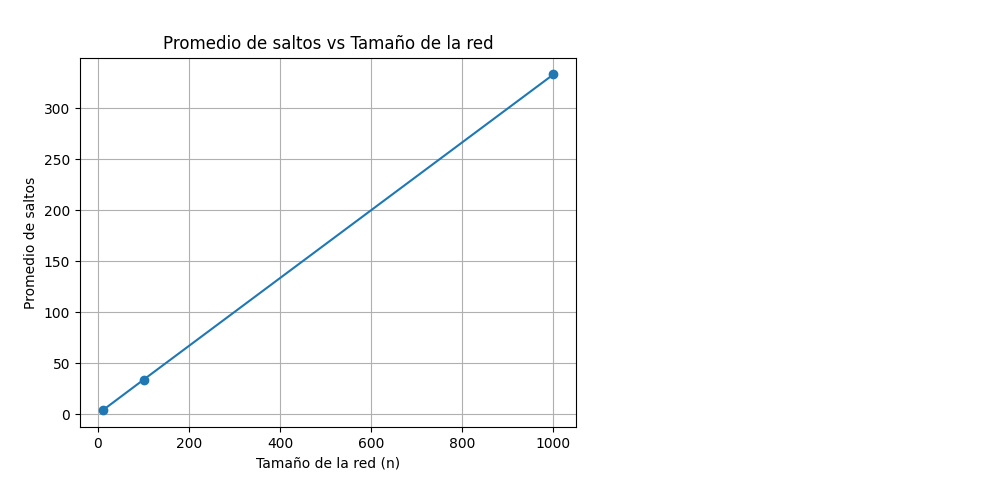
Repository: Carpinteron/TallerrRedes
Script's output: python SimulacionTaller.py
The author's editor kept a copy of each file at every save. The script's output is drawn from the files as they stood at one save, then again after a run of saves.
Random numbers start from a fixed seed.

Above is the script's output before, as saved 2025-02-11 08:25:38.

After the next 7 saves:
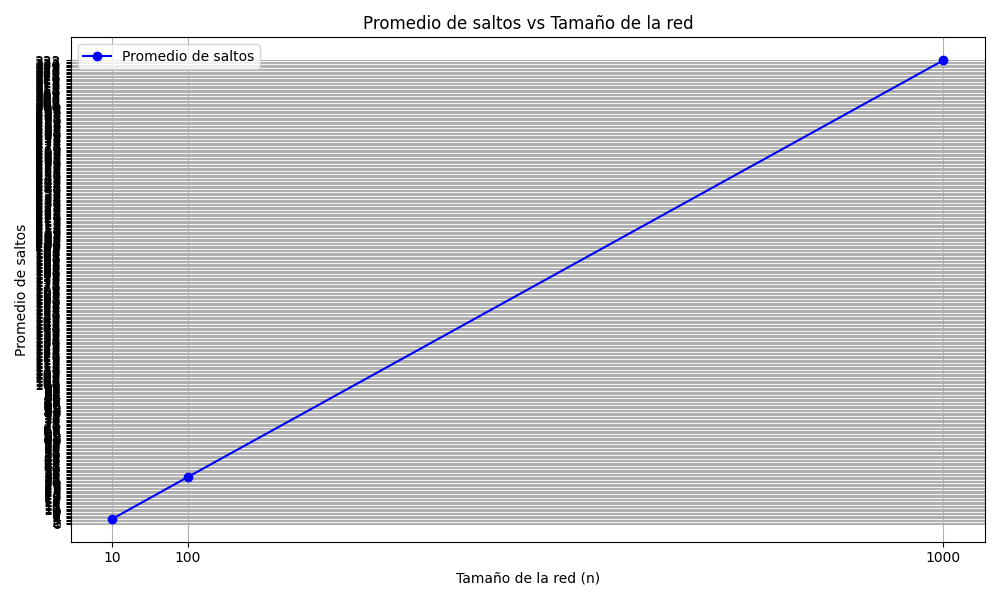
The 7 saves are shown as one change because 4 did not build or start and some came seconds apart.
The last was saved 4 min 0 s later.
--- a/SimulacionTaller.py
+++ b/SimulacionTaller.py
@@ -36,11 +36,15 @@
 
     #print(F"Promedio teórico: {(n+1)/3}")
 
-# Grafica
 # Graficar los resultados
-plt.plot(tamanos, promedios, marker='o')
+plt.figure(figsize=(10, 6)) # Ajustar el tamaño de la figura
+plt.plot(tamanos, promedios, marker='o', linestyle='-', color='b', label='Promedio de saltos')
 plt.xlabel('Tamaño de la red (n)')
 plt.ylabel('Promedio de saltos')
 plt.title('Promedio de saltos vs Tamaño de la red')
+plt.xticks(tamanos) # Asegurarse de que todos los tamaños de red estén en el eje x
+plt.yticks(range(0, int(max(promedios)) + 1)) # Ajustar los ticks del eje y
 plt.grid(True)
+plt.legend()
+plt.tight_layout() # Ajustar el layout para que todo se vea bien
 plt.show()

After the save that followed:
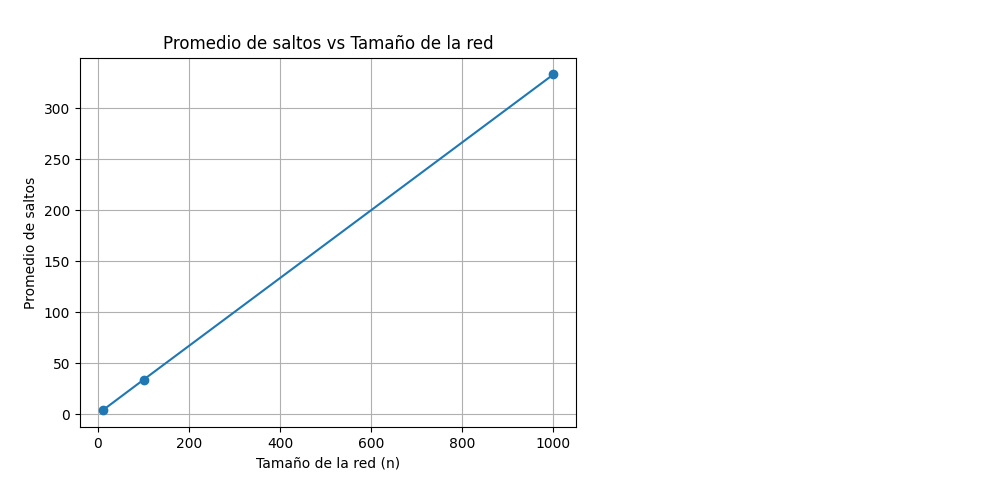
Saved 14 s later.
--- a/SimulacionTaller.py
+++ b/SimulacionTaller.py
@@ -36,15 +36,11 @@
 
     #print(F"Promedio teórico: {(n+1)/3}")
 
+# Grafica
 # Graficar los resultados
-plt.figure(figsize=(10, 6)) # Ajustar el tamaño de la figura
-plt.plot(tamanos, promedios, marker='o', linestyle='-', color='b', label='Promedio de saltos')
+plt.plot(tamanos, promedios, marker='o')
 plt.xlabel('Tamaño de la red (n)')
 plt.ylabel('Promedio de saltos')
 plt.title('Promedio de saltos vs Tamaño de la red')
-plt.xticks(tamanos) # Asegurarse de que todos los tamaños de red estén en el eje x
-plt.yticks(range(0, int(max(promedios)) + 1)) # Ajustar los ticks del eje y
 plt.grid(True)
-plt.legend()
-plt.tight_layout() # Ajustar el layout para que todo se vea bien
 plt.show()
